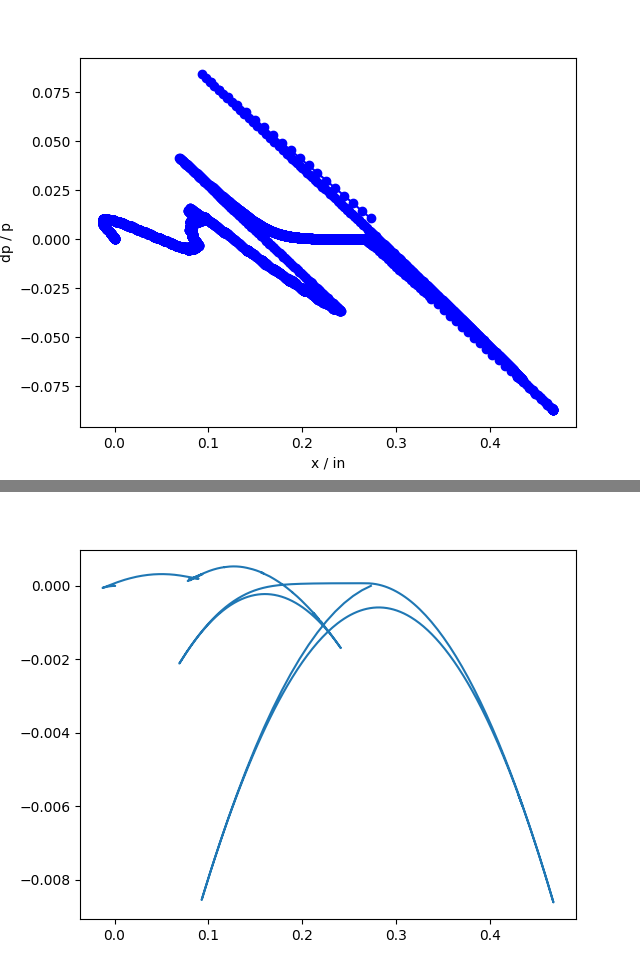
Repository: leiradom/Modified-linear-theory
Script's output: python 3_Shock_correction.py
These files come from the project's save history. The script's output is drawn as it stood at one moment and after the next save; the edit follows.
Each picture stacks the figures in order, with grey between them; figures that are only written to a file come last. Random numbers start from a fixed seed.

Above is the script's output before, as saved 2021-04-15 20:41:37.

### 3_Shock_correction.py
'''
激波修正
本程序用于修正激波的非线性扭曲效应，修正方法为HB方法
'''

import math
import numpy as np
import matplotlib.pyplot as plt

pressure = np.loadtxt("pressureDWB1.txt",dtype=np.float64)   #存放未修正的压力信号
a = len(pressure)                                              #未加点时的点数

X = np.ones(a,dtype=np.float64)     #存放x的数组 用于加点用的横坐标数组
Y = np.ones(a,dtype=np.float64)     #存放y的数组 用于加点用的纵坐标数组
X1 = np.zeros(1,dtype=np.float64)
Y1 = np.zeros(1,dtype=np.float64)
b0 = 20                             #每一个 较大的距离之间增加的点数
x0 = np.zeros(b0+1,dtype=np.float64)
y0 = np.zeros(b0+1,dtype=np.float64)

#先将未修正压力信号存入X,Y中
for i in range(0,a):
    c = pressure[i][0]
    d = pressure[i][1]
    #ca = cau[i][1]
    X[i] = c
    Y[i] = d
'''
#没问题
X0 = X
Y0 = Y
'''

#------------1先找出第一个强间断的地方,已经核实，l0没有问题
for i0 in range(0,a-1):
    if(math.sqrt((X[i0+1] - X[i0])**2 + (Y[i0+1] - Y[i0])**2) >0.3):   #1.3
    #if((X[i+1] - X[i]) * (Y[i+1] - Y[i])):
        #px = i0                            #记录此时的i
        #print(px,X[i0])
        l00 = math.sqrt((X[i0+1] - X[i0])**2 + (Y[i0+1] - Y[i0])**2)
        l0 = l00 / 20                     #判断是否要插值的距离 只要大于20倍的最大距离，就要增加点数
        #h0 = ((X[i0+1] - X[i0])/(b0))
        #k0 = ((Y[i0+1] - Y[i0])/(X[i0+1] - X[i0]))  #两点间的斜率
        '''
        #x0[0] = X[i0]
        #y0[0] = Y[i0]
        for j in range(1,b0):
            x0[j] = x0[j-1] + h0
            y0[j] = y0[j-1] + k0 * (x0[j] - x0[j-1])
            print(x0[j],y0[j])
        for k in range(1,b0):
            X = np.insert(X,i0+k,x0[k])
            Y = np.insert(Y,i0+k,y0[k])
        #print(Y[i0]+k0*h0)
        '''
        break
#------------print(l00) #检验是不是，验证了，就是

#print(l0)


#2---------------------给距离较大的地方都进行加点
for i in range(0,a-1):
    #li = math.sqrt((X[i+1] - X[i])**2 + (Y[i+1] - Y[i])**2)
    k0 = ((Y[i+1] - Y[i])/(X[i+1] - X[i]))  #两点间的斜率
    h0 = ((X[i+1] - X[i])/(b0))   #每一个都离散成b个点
    x0[0] = X[i]
    X1 = np.append(X1,x0[0])
    y0[0] = Y[i]
    Y1 = np.append(Y1,y0[0])
    for j in range(1,b0):
        x0[j] = x0[j-1] + h0
        X1 = np.append(X1,x0[j])
        y0[j] = y0[j-1] + k0 * (x0[j] - x0[j-1])
        Y1 = np.append(Y1,y0[j])
    #X1 = np.append(X1,x0)
    #Y1 = np.append(Y1,y0)
    #print(a)
    #p0 = i

a0 = (len(X1))

#-------积分部分----------
F = np.ones(a0, dtype=np.float64)
F[0] = 0
F[a-1] = 0
s = 0
for i in range(0,a0-1):
    #if(X[i+1]>X[i]):
    s0 = 0.5 * (X1[i+1] - X1[i]) * (Y1[i+1] + Y1[i])
    #s0 = (((Y0[j+1] + Y0[j]) * (X[j + 1] - X[j])) / (2))    #第(j+1)个梯形的面积
    s = s0 + s    #S为最后的积分
    F[i+1] = s    #是i+1不是i
    #print(X[i],Y[i])
    #if(X[i+1]<X[i])
#------积分部分-----------

#-------输出加点效果----------
print("加点前点数：",len(pressure),"加点后点数：",len(X))
#plt.scatter(X0,Y0,c='r')
plt.xlabel("x / in")
plt.ylabel("dp / p")
plt.plot(X1,Y1,'-o',c='b')
plt.show()

#--------积分图像作图---------
plt.plot(X1,F)
plt.show()

### pressureDWB1.txt
0.0007115032600000237 0.0
5.243860205750295e-05 0.0006037801073739285
-0.0018446527715496597 0.0017529516550717655
-0.003776142658487913 0.002917276787898584
-0.005305575940281471 0.0039044828005497154
-0.010761806360225279 0.006621571821567776
-0.011496629461133057 0.007258725901868921
-0.012615563909534777 0.008065093804041669
-0.012742576264446193 0.008434487537597794
-0.012250261816136976 0.008531047238941814
-0.012238801826961132 0.00883943936367081
-0.012264014102473797 0.009163986779623547
-0.012132439044657994 0.00941946423334094
-0.011952867293655856 0.009653797173159189
-0.012575653443602897 0.010241595610637833
-0.011724885116065176 0.01018024466659455
-0.010579859282722648 0.009989264081482764
-0.010136422546793145 0.010107356062147726
-0.009635141534738323 0.01019996574215294
-0.009079482075604273 0.01026861993285654
-0.0080936549048497 0.010147771139066678
-0.007016570758395013 0.009986721095204189
-0.006739472075889763 0.010178090002993643
-0.005931125624110467 0.010135428167530124
-0.004844795567743421 0.009970304116062293
-0.0040518146846756364 0.00993441131753633
-0.0032728466979170534 0.009904690337794746
-0.002515892255301244 0.009884667486723954
-0.001802724362135244 0.009883934487216289
-0.0007168269480776202 0.009719001469407181
0.0007939940792642819 0.009366876104936922
0.0023837723856962034 0.008979966588525864
0.003536162522260633 0.008785741345796749
0.00411202535268107 0.008845495729403758
0.004553672562185862 0.008964376055147032
0.0057605073056220535 0.008746166618090662
0.007385113838354829 0.008343914566321102
0.008103266370433015 0.00834098478883378
0.009333583275178525 0.008112431130146437
0.01094222454100413 0.007717211861504121
0.012368127950738272 0.007402495492497709
0.014062945243984548 0.00696931329813157
0.015200267910699838 0.006781725329482003
0.016452600268309303 0.0065434731418023764
0.016790999847015486 0.006707837875493185
0.017324159389894178 0.006786403136135549
0.018814749711954515 0.006443190060815973
0.020412909485605923 0.00605258955481957
0.022048179102714394 0.005645638743083897
0.024028919711412078 0.0050864988323558544
0.025253179752931287 0.004860612980024238
0.025861266758175683 0.004906171557816404
0.027073178247192242 0.004685724326239595
0.028869541276501876 0.004207808345436663
0.030428004762731886 0.0038346953559052484
0.03126763931881049 0.0037782478817278316
0.03192558043325 0.003801844529966612
0.03324756073800883 0.003532909696902256
0.03534272060537602 0.0029233625881730976
0.036053073323611184 0.0029238697655473113
0.036759651600301924 0.00292604014873891
0.03845005857626371 0.0024948012843074713
0.04029157084480117 0.0019969942613387703
0.04238252536716358 0.0013893010665986026
0.04294549491178723 0.0014547353654395811
0.044890148401867114 0.000911491251823234
0.04625413292086433 0.0006240521848416212
0.04646455567591956 0.0008447953469353496
0.04738606293523928 0.0007522820240629031
0.04883744808292556 0.00042633879220630263
0.05082767158985646 -0.0001369790867217991
0.0529905938273052 -0.000776376420167857
0.05404554728158162 -0.000927678489939197
0.05441685842100419 -0.0007778123780919926
0.05518327387671562 -0.0008020022346435182
0.05647605544727441 -0.001058075829839588
0.058289518336384405 -0.0015435244191485352
0.06032928804796822 -0.0021286690261141253
0.060737217917036124 -0.0019949342250689694
0.06207591469402218 -0.0022712349745040296
0.06417360911167147 -0.0028818968736229154
0.0654905351310554 -0.0031486051282222853
0.06619677416828162 -0.003146287061052214
0.06686512748375828 -0.0031272777693754656
0.0685523703487988 -0.003557122739177737
0.07031503338974177 -0.004020194091498703
0.07105425638848606 -0.004032405219501365
0.07285160834910964 -0.004510756416447684
0.07379532254191101 -0.004613054383935295
0.0737384501475743 -0.004274557620883217
0.0741245004501293 -0.004131185915371095
0.0747700614968495 -0.004102137203423787
0.07712412935534385 -0.004825738689507492
0.07933838730609255 -0.0054877528503689595
0.07980898564302963 -0.005381627326789165
0.07906065275427843 -0.004738519539220072
0.07844290971422674 -0.004152943946479764
0.07899571778304382 -0.00408303494642739
0.08066995532031873 -0.004507148440169958
0.08226096663642979 -0.004894602018847288
0.08309009808267198 -0.0049464190044255976
0.08358420430464109 -0.004850649475153075
0.08475752175932816 -0.005054094768900685
0.08483956305570373 -0.004776794042338229
0.08396148675881998 -0.004076533552761414
0.08408954546089609 -0.003819508086299075
0.08534855849518974 -0.004060702009555137
0.08662400139521376 -0.004309136911219138
0.08657184529868145 -0.003972721356285134
0.0874328117649229 -0.004038562712215511
0.08795455892972637 -0.003954969924757475
0.08716084137576152 -0.0032918717874827834
0.08663870255021355 -0.0027484099028807787
0.08737121164341588 -0.0027576646569053825
0.08878158351673315 -0.0030655406368882317
0.0895888959350597 -0.0031077456251058268
0.08870908867861993 -0.002406722150544276
0.08731601836223357 -0.0014795894654059563
0.08583544506922702 -0.0005139057656412453
0.08395131653869592 0.0006295537267483584
0.0825027850829525 0.001581121946373588
0.08284197445357044 0.00174513742922734
0.08335424663103219 0.0018329042593455288
0.08320094536669642 0.0022138811020560693
0.08316232172029903 0.0025443351689034416
0.08243995999735498 0.0031759987224699734
0.08081523564069404 0.004205185693267091
0.07975440245552545 0.004985957026252441
0.08158280963891673 0.004493922782544381
0.08281558753754925 0.004264286737471781
0.08243595923844882 0.004744964537220742
0.08305609515748413 0.004785213851740544
0.0827198058674623 0.00524680292093243
0.08074787082974011 0.0064289444999225094
0.08005501140766658 0.007047610881882908
0.08272649696875023 0.0061841764879663344
0.08312499402166007 0.0063220649917509475
0.08094524668173075 0.007595757788881639
0.08215981219119406 0.007374141374258406
0.08307905503770219 0.00728262383736063
0.08133514517662555 0.008364332231303227
0.08028415141260958 0.009140768536050265
0.08114299637863864 0.009075858246276517
0.08255399495371551 0.008767706183615626
0.08353015578626388 0.008651114407218708
0.08496826060089846 0.008331021157072493
0.0859734364183995 0.008201647328245697
0.08571209914988487 0.008630214049619268
0.08487106561249047 0.009314155988808696
0.0840002741817435 0.010011207255942189
0.08309186975836924 0.010724828279861265
0.08357446842780536 0.010825666822886649
0.08513232082341671 0.010452820836149679
0.0888571408599933 0.009125354536984648
0.09025919286600759 0.008821143731402125
0.08378718622520276 0.011985713992691249
0.07799329973319791 0.014851550089208574
0.08858016098991972 0.010501129589143872
0.09157325289211848 0.009496013530493208
0.087154394808445 0.011756104518526109
0.09096968886501167 0.010388781446423214
0.09372016231662073 0.009490546772027847
0.08753809133642187 0.012527390866262443
0.08046738794666719 0.01595570667996675
0.08576740001706329 0.013934316630842384
0.08861430146376514 0.012993602262213397
0.09146220527933024 0.012052446317227124
0.09663609239940352 0.010086618445038928
0.09772561615921305 0.009920086581400263
0.09625042486540769 0.010883439863029117
0.09589228537977923 0.011354651135709388
0.10224422743320694 0.008869851430589024
0.10466753201782708 0.008115745371738052
0.10875730080549129 0.00662750717907649
0.116000278896782 0.0037501768773892307
0.11828318559888551 0.003057920690192284
0.11717721557040794 0.0038585758424035995
0.12046725938911651 0.00272264272587183
0.12971674437022718 -0.0010386196649886494
0.14163859342369345 -0.005977146070985765
0.14151904526734405 -0.005611042103552367
0.1423974233304599 -0.005684557363188628
0.14642083552682572 -0.0071435633011919355
0.14866161743345763 -0.00781726213448385
0.1613923390450518 -0.013112123429639954
0.15614847954723476 -0.010488592262420719
0.15820701662307868 -0.011082006270957335
0.16943613356266107 -0.01571536146235787
0.16977707939293718 -0.015552120198120216
0.16939188154708296 -0.015068988830370587
0.1721141943406863 -0.01595481781137416
0.17526567555240025 -0.017029709555307894
0.17696466597238802 -0.017464731470461493
0.18582718420846023 -0.021055522319401217
0.18641494207246545 -0.021001009850321904
0.1846074614528206 -0.01989131627637694
0.1896378650748094 -0.021793934962059443
0.19266223649744063 -0.02281283067528515
0.1891377103381029 -0.02094672222990049
0.20149747710295873 -0.026078121696174145
0.20310104755269554 -0.02647110798509544
0.19959830548726454 -0.02461459614749487
0.20286394044495837 -0.02573977636025117
0.2037335187370144 -0.025809415032143526
0.20498499827519834 -0.02604729372756165
0.20858941256352215 -0.02732171734586598
0.21728062023002526 -0.030837040270710846
0.21170877433447322 -0.028069020338842395
0.21807365050554584 -0.030559517946964886
0.2229769233099952 -0.03240613133821459
0.21961950869896607 -0.030613641010350866
0.22297489268387016 -0.03177835861294905
0.22725298756807955 -0.033349560627369414
0.22026812303696675 -0.02995905964601701
0.23277633969564282 -0.035155900212272564
0.23429612857138382 -0.03551197797019797
0.23076820089753913 -0.033644371046119
0.233221069467773 -0.03441150101019565
0.23378120336112618 -0.034344819276104895
0.23888262682994843 -0.03627872453344227
0.2374438596264845 -0.03533146131143114
0.24111398758197233 -0.036634833955227555
0.2323414679257343 -0.032456812264382455
0.20629431014827238 -0.020668745952372915
0.16854167263238473 -0.003724031929629907
0.1336709320855195 0.011951111965278373
0.11803964664828204 0.01915064491865999
0.10777778533087701 0.023984770454813144
0.08077922714904484 0.03619195984651008
0.06907391279434572 0.041661973784219174
0.09202614761019856 0.03186424475719437
0.11462083341631102 0.022223983741645453
0.12522679733362996 0.017865147893108193
0.131074042163846 0.015602683866562765
0.13528628069332793 0.014060493736185694
0.13833042834339482 0.013032885946205166
0.14316868321055787 0.011214915088619838
0.14790354991793886 0.009442490106075093
0.1502573400050895 0.00871900746311558
0.15217337917412155 0.00818836845580622
0.1544657411871153 0.0074919468940713866
0.15677695113526524 0.0067872221987746026
0.158715558542873 0.006246641142238172
0.16046198763971797 0.005790720934158327
0.16213722659906948 0.005366162316353827
0.1637049479492152 0.0049889687314881295
0.16518615928789493 0.004649885643804052
0.16659276029063275 0.004343670855978726
0.16793455831692827 0.004066003904516027
0.16921971902748312 0.0038132875480809
0.17045510108115813 0.0035825003225125746
0.17164651005772713 0.0033710846795243104
0.1727988943098997 0.003176860707464423
0.17391649807996923 0.0029979586784108963
0.17500298259084457 0.0028327657036011362
0.17606152277948972 0.002679883119179169
0.17709488527065465 0.00253809213621005
0.1781054917428304 0.00240632592589852
0.17909560858821627 0.002283630121433162
0.18006683604337148 0.0021692116595699914
0.1810209781125316 0.0020623198705598473
0.1819595130463334 0.0019623035365173387
0.18288375872561824 0.0018685820877115916
0.18379489361267676 0.0017806363728551976
0.1846939745068259 0.001698000837191002
0.18558195166006963 0.0016202568635472338
0.18645968170041316 0.001547027079194289
0.18732793872543674 0.001477970468761165
0.1881874238615857 0.0014127781630550184
0.18903877353119625 0.001351169797164903
0.18988256662652003 0.001292890350069083
0.190719330755583 0.0012377073931289248
0.1915495476968676 0.0011854086871227962
0.1923736581771458 0.0011358000774538716
0.19319206606827755 0.0010887036453225936
0.194005142083588 0.001043956079351783
0.19481322704189363 0.0010014072376752362
0.19561663475687707 0.0009609188750742464
0.19641565460086485 0.0009223635135488356
0.19721055378487096 0.0008856234378840628
0.19800157939072704 0.0008505898004298932
0.19878896018605197 0.0008171618215478238
0.19957290824853247 0.0007852460740615738
0.20035362042237148 0.0007547558416441394
0.20113127962668398 0.0007256105424265247
0.20190605603300726 0.0006977352102657549
0.2026781081268596 0.0006710600270932921
0.20344758366637183 0.0006455199006068403
0.20421462054936979 0.0006210540822916468
0.20497934759888192 0.0005976058213788189
0.20574188527582216 0.0005751220508853922
0.20650234632654496 0.0005535531023444033
0.20726094284261176 0.0005328495957472426
0.20801756065903398 0.000512973717956172
0.20877239944933756 0.0004938815595141424
0.20952554649547772 0.0004755346698577019
0.2102770838375969 0.00045789690761326266
0.21102708864886655 0.0004409342754681132
0.21177563357917073 0.0004246147687656309
0.2125227870705897 0.00040890823652487275
0.21326861364731675 0.00039378625372257444
0.2140131741823703 0.0003792220037977458
0.21475652614321783 0.00036519017044648857
0.2154987238182089 0.0003516668378701868
0.21623981852553031 0.0003386293987247409
0.2169798588062135 0.00032605646909360844
0.2177188906025882 0.00031392780987420354
0.2184569574234232 0.00030222425402668914
0.21919410049689514 0.00029092763918734646
0.21993035891239798 0.0002800207451960251
0.22066576975212704 0.0002694872361296746
0.22140036821327191 0.00025931160647192257
0.22213418772158522 0.0002494791310826667
0.2228672600370163 0.0002399758186624059
0.22359961535204564 0.00023078836843340558
0.22433128238328948 0.00022190412978459858
0.22506228845690002 0.00021331106464951585
0.22579265958824313 0.00020499771240653784
0.2265224205562828 0.00019695315710919098
0.22725159497308 0.00018916699687034213
0.22798020534876495 0.00018162931523938767
0.22870837544373268 0.0001743296449830928
0.22943592108791933 0.00016726101249551865
0.2301629642012033 0.00016041376135118298
0.23088952345628555 0.00015377966561306913
0.23161561669175357 0.00014735086679832968
0.23234126095605712 0.0001411198545057556
0.23306647254880142 0.00013507944822468908
0.23379126705954456 0.0001292227802434614
0.23451565940427077 0.00012354327958182716
0.2352396638596974 0.00011803465687767968
0.23596329409556138 0.00011269089016360252
0.23668656320502146 0.00010750621147373557
0.23740948373330073 0.00010247509422585947
0.23813206770468498 9.759224132778734e-05
0.23885432664798367 9.285257396072648e-05
0.2395762716205554 8.825122099588493e-05
0.24029791323098415 8.378350900377167e-05
0.24101926166050092 7.944495281837026e-05
0.2417403266832212 7.523124662130264e-05
0.24246111768527712 7.113825551339696e-05
0.2431816436829135 6.716200754333896e-05
0.24390191333960698 6.32986861654282e-05
0.24462193498227358 5.954462310004559e-05
0.2453417166166163 5.589629157251055e-05
0.24606126594166522 5.235029990756464e-05
0.24678059036355915 4.890338545823585e-05
0.24749969700861252 4.5552408849238326e-05
0.248218592735711 4.229434851652621e-05
0.24893728414807326 3.91262955255747e-05
0.2496558785737122 3.604502164664181e-05
0.25037418017232027 3.304869439859291e-05
0.25109229584154735 3.0134275140529266e-05
0.2518102312681165 2.7299258684386348e-05
0.2525279919336074 2.4541230214543952e-05
0.25324558312311396 2.1857861473917885e-05
0.2539630099334802 1.9246907135460795e-05
0.2546802772811403 1.6706201348636622e-05
0.2553973899095823 1.4233654451550203e-05
0.2561143523964553 1.1827249839481587e-05
0.2568311691603429 9.485040981590493e-06
0.2575478444672159 7.205148577699891e-06
0.2582643824365862 4.985757847842423e-06
0.2589807870473735 2.825115947355107e-06
0.25969706214350285 7.215295011814262e-07
0.2604132114392457 -1.326637749087443e-06
0.261129238524318 -3.3209671911075526e-06
0.2618451468687488 -5.262987486212919e-06
0.2625609398275275 -7.1541766175352285e-06
0.2632766206450474 -8.995963846737533e-06
0.26399219245935024 -1.0789731583954562e-05
0.2647076583061829 -1.2536817175329931e-05
0.2654230211228783 -1.4238514612214217e-05
0.26613828375206516 -1.5896076165967462e-05
0.26685344894521945 -1.7510713951994546e-05
0.26756851936606196 -1.908360142646096e-05
0.27535938829804696 -0.0031377777867420955
0.3376937542194163 -0.03028467117199308
0.46764637982665724 -0.08721962551712915
0.4659509237964925 -0.08615928244874206
0.42853400766088945 -0.06936246470413336
0.43475053203569924 -0.07178756442746524
0.4311007079516407 -0.06986625813704476
0.4263879921210669 -0.06747671317431833
0.4213018307636107 -0.06492265320970256
0.4142787676843691 -0.06151532451516263
0.40522174167995373 -0.05721196844744428
0.3945633145317553 -0.05220314265728934
0.38495456098538927 -0.0476567325132132
0.37596293290151817 -0.043382186374245985
0.3646514760480084 -0.03808567958252729
0.3504085400626731 -0.031497760094192036
0.33276694214631153 -0.02341261856474291
0.31493331171728123 -0.015242880415679092
0.2963524939336124 -0.006743981732584475
0.27205320775766006 0.004274089816801898
0.23763512610390225 0.01974982262416435
0.18407622701237747 0.043657713243736324
0.09281690362281436 0.08417387716730386
0.28263313916092514 0.006806743076700661

Loaded but not shown: pressuremodel20.txt (700 lines, source omitted)

After the next save:
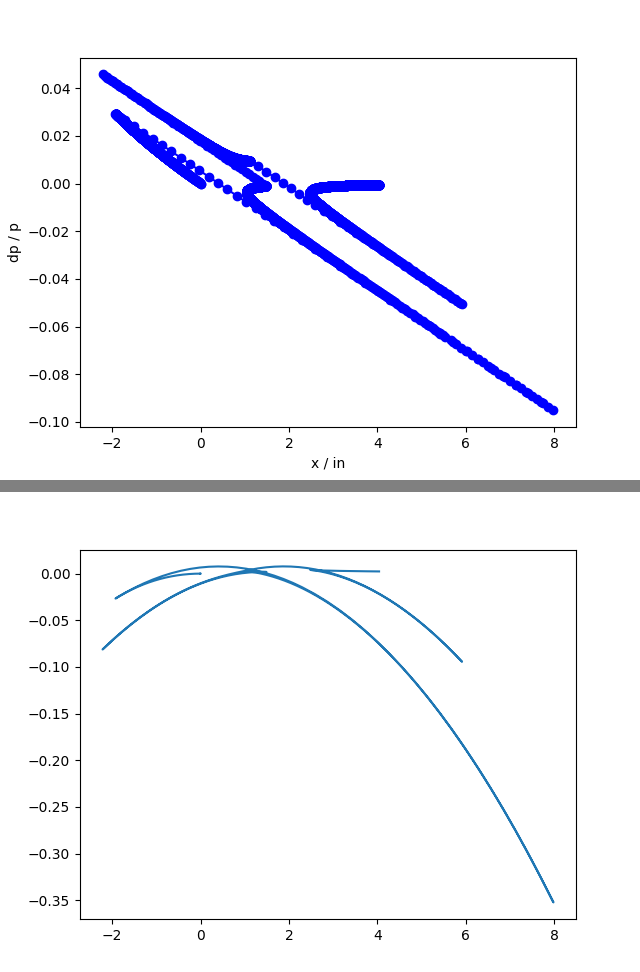
Saved 38 h 4 min later.
--- a/3_Shock_correction.py
+++ b/3_Shock_correction.py
@@ -7,7 +7,7 @@ import math
 import numpy as np
 import matplotlib.pyplot as plt
 
-pressure = np.loadtxt("pressureDWB1.txt",dtype=np.float64)   #存放未修正的压力信号
+pressure = np.loadtxt("pressuremodel20.txt",dtype=np.float64)   #存放未修正的压力信号
 a = len(pressure)                                              #未加点时的点数
 
 X = np.ones(a,dtype=np.float64)     #存放x的数组 用于加点用的横坐标数组
